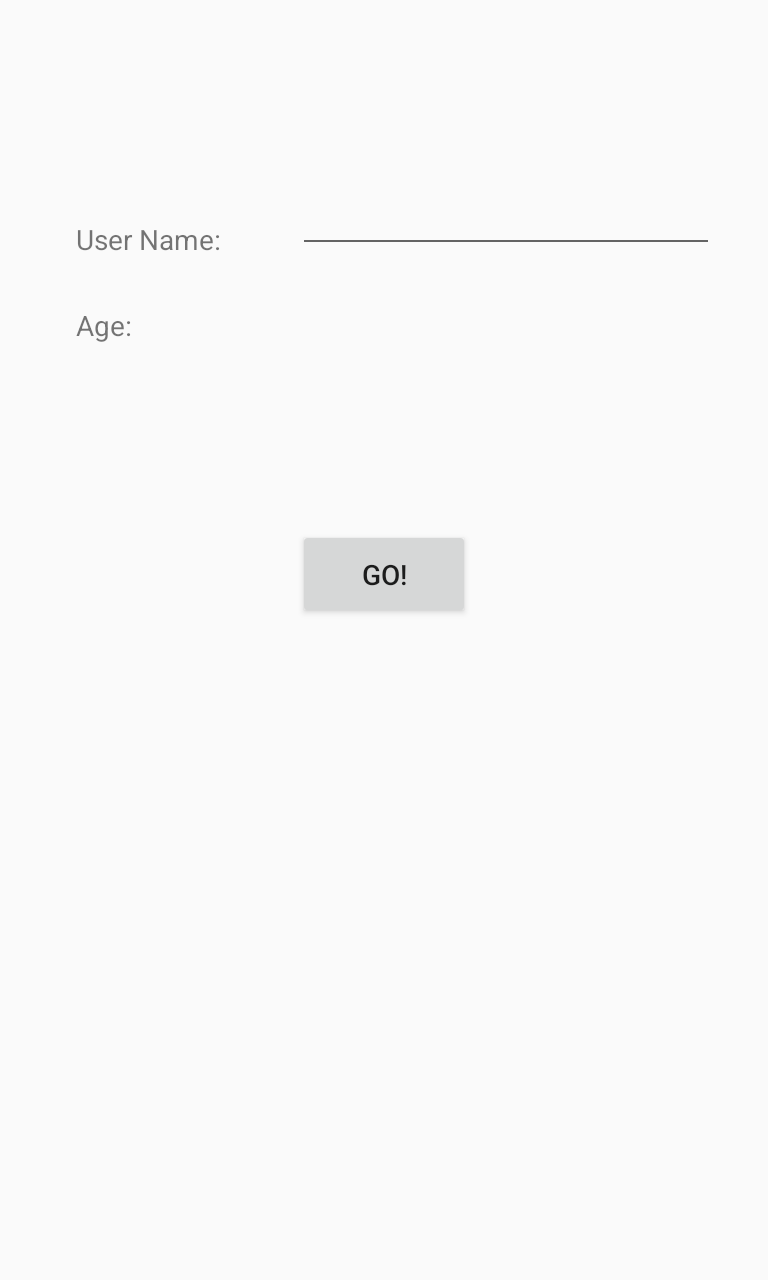
Repository: HaleyElliott/Mobile-Computing-Assignments
Layout: Rock_Paper_Scissors/res/layout/activity_main.xml
An editor plug-in stored every save of this project. The layout is shown before and after the next save, followed by the edit.
It is drawn on a 768 x 1280 px phone screen (xhdpi) without system bars, with theme AppTheme; the app's code is not run.

Above is the layout before, as saved 2014-09-18 00:10:05.

### Rock_Paper_Scissors/res/layout/activity_main.xml
<RelativeLayout xmlns:android="http://schemas.android.com/apk/res/android"
    xmlns:tools="http://schemas.android.com/tools"
    android:layout_width="match_parent"
    android:layout_height="match_parent"
    android:paddingBottom="@dimen/activity_vertical_margin"
    android:paddingLeft="@dimen/activity_horizontal_margin"
    android:paddingRight="@dimen/activity_horizontal_margin"
    android:paddingTop="@dimen/activity_vertical_margin"
    tools:context="com.example.rock_paper_scissors.MainActivity" >

    <TextView
        android:id="@+id/textView1"
        android:layout_width="wrap_content"
        android:layout_height="wrap_content"
        android:layout_alignParentLeft="true"
        android:layout_alignParentTop="true"
        android:layout_marginLeft="22dp"
        android:layout_marginTop="94dp"
        android:text="User Name: " />

    <EditText
        android:id="@+id/userText"
        android:layout_width="wrap_content"
        android:layout_height="wrap_content"
        android:layout_alignBottom="@+id/textView1"
        android:layout_alignLeft="@+id/button1"
        android:ems="10"
        android:inputType="text" />

    <TextView
        android:id="@+id/textView2"
        android:layout_width="wrap_content"
        android:layout_height="wrap_content"
        android:layout_alignLeft="@+id/textView1"
        android:layout_below="@+id/textView1"
        android:layout_marginTop="24dp"
        android:text="Age: " />

    <Button
        android:id="@+id/button1"
        android:layout_width="wrap_content"
        android:layout_height="wrap_content"
        android:layout_below="@+id/textView2"
        android:layout_centerHorizontal="true"
        android:layout_marginTop="91dp"
        android:text="Go!" />

</RelativeLayout>

Loaded but not shown: Rock_Paper_Scissors/res/values/styles.xml (common file); Rock_Paper_Scissors/res/values-v11/styles.xml (common file); Rock_Paper_Scissors/res/values-v14/styles.xml (common file); Rock_Paper_Scissors/res/values/dimens.xml (common file); Rock_Paper_Scissors/res/values-w820dp/dimens.xml (common file)

After the next save:
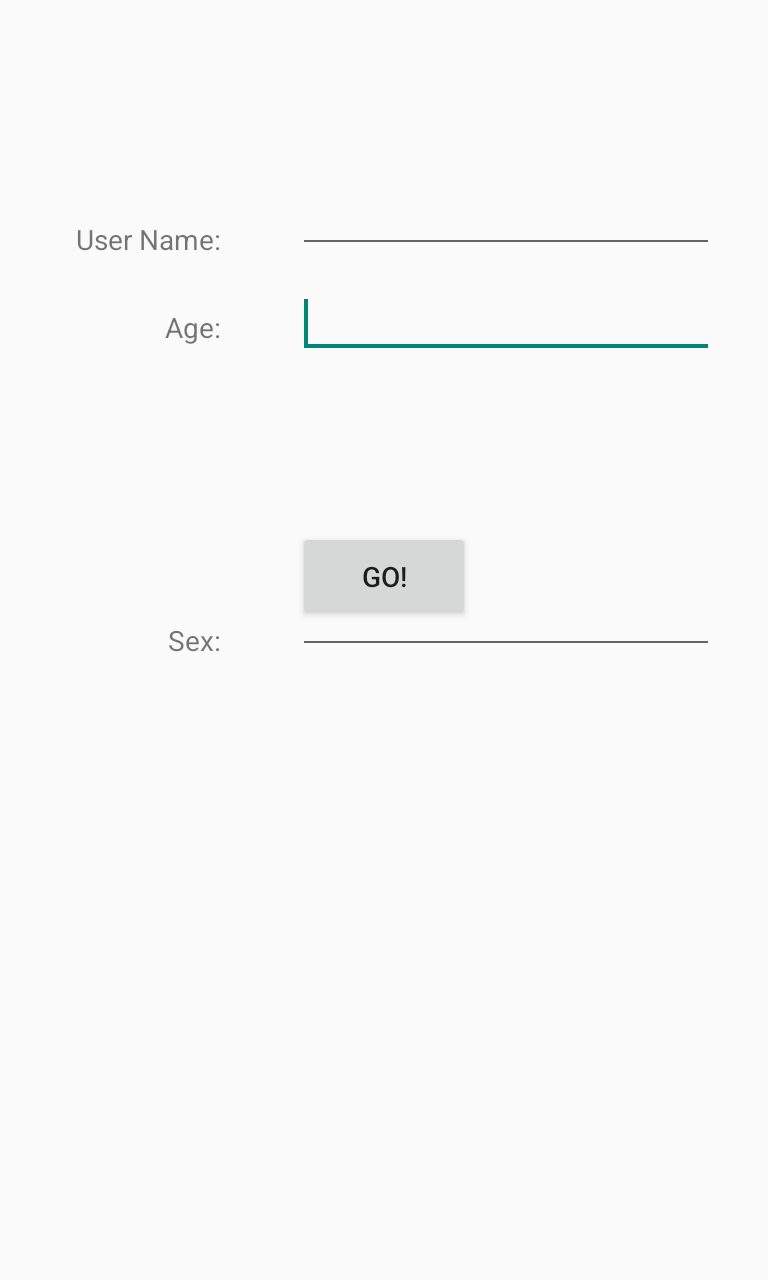
Saved 8 min 29 s later.
--- a/Rock_Paper_Scissors/res/layout/activity_main.xml
+++ b/Rock_Paper_Scissors/res/layout/activity_main.xml
@@ -27,15 +27,6 @@
         android:ems="10"
         android:inputType="text" />
 
-    <TextView
-        android:id="@+id/textView2"
-        android:layout_width="wrap_content"
-        android:layout_height="wrap_content"
-        android:layout_alignLeft="@+id/textView1"
-        android:layout_below="@+id/textView1"
-        android:layout_marginTop="24dp"
-        android:text="Age: " />
-
     <Button
         android:id="@+id/button1"
         android:layout_width="wrap_content"
@@ -45,4 +36,42 @@
         android:layout_marginTop="91dp"
         android:text="Go!" />
 
+    <TextView
+        android:id="@+id/textView2"
+        android:layout_width="wrap_content"
+        android:layout_height="wrap_content"
+        android:layout_alignRight="@+id/textView1"
+        android:layout_below="@+id/textView1"
+        android:layout_marginTop="25dp"
+        android:text="Age: " />
+
+    <EditText
+        android:id="@+id/ageText"
+        android:layout_width="wrap_content"
+        android:layout_height="wrap_content"
+        android:layout_alignBaseline="@+id/textView2"
+        android:layout_alignBottom="@+id/textView2"
+        android:layout_alignLeft="@+id/userText"
+        android:ems="10"
+        android:inputType="number" >
+
+        <requestFocus />
+    </EditText>
+
+    <TextView
+        android:id="@+id/textView3"
+        android:layout_width="wrap_content"
+        android:layout_height="wrap_content"
+        android:layout_alignRight="@+id/textView2"
+        android:layout_centerVertical="true"
+        android:text="Sex: " />
+
+    <EditText
+        android:id="@+id/editText1"
+        android:layout_width="wrap_content"
+        android:layout_height="wrap_content"
+        android:layout_alignBottom="@+id/textView3"
+        android:layout_alignLeft="@+id/button1"
+        android:ems="10" />
+
 </RelativeLayout>
